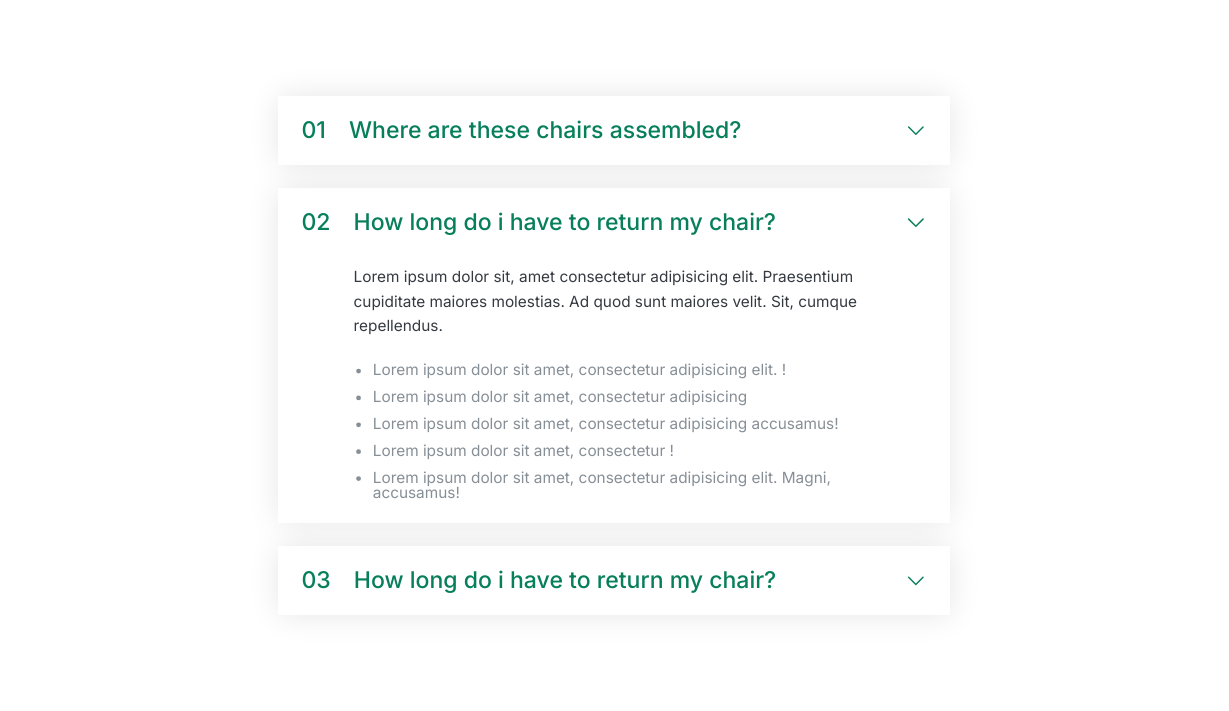
Repository: sunny070/CSS
Page: HTML and CSS some of the important components/index.html
An editor plug-in stored every save of this project. The page is shown before and after the next save, followed by the edit.
The browser window is 1280 px wide. The pictures show the whole page, at 96% of full size.

Above is the page before, as saved 2023-11-13 15:31:05.

### HTML and CSS some of the important components/index.html
<!DOCTYPE html>
<html lang="en">
  <head>
    <meta charset="UTF-8" />
    <meta name="viewport" content="width=device-width, initial-scale=1.0" />
    <title>Accordion Components</title>
    <link
      href="https://fonts.googleapis.com/css2?family=Inter:wght@400;500;700&display=swap"
      rel="stylesheet"
    />
    <style>
      /*
    SPACING SYSTEM (px)
    2 / 4 / 8 / 12 / 16 / 24 / 32 / 48 / 64 / 80 / 96 / 128

    FONT SIZE SYSTEM (px)
    10 / 12 / 14 / 16 / 18 / 20 / 24 / 30 / 36 / 44 / 52 / 62 / 74 / 86 / 98
    */

      /*
    MAIN COLOR: #087f5b
    GREY COLOR: #343a40
    */

      * {
        margin: 0;
        padding: 0;
        box-sizing: border-box;
      }

      /* ------------------------ */
      /* GENERAL STYLES */
      /* ------------------------ */
      body {
        font-family: "Inter", sans-serif;
        color: #343a40;
        line-height:1;
      }
      .accordion
      {
        width:700px;
        margin: 100px auto;
        display: flex;
        flex-direction: column;
        gap: 24px;

      }
      .item{
        box-shadow: 0 0 32px rgba(0,0,0,0.1);
        padding: 24px;
        display: grid;
        grid-template-columns: auto 1fr auto;
        column-gap:24px;
        row-gap: 32px;
        align-items:center;
      }
      .number ,.text{
        font-size: 24px;
        font-weight: 500;
        color:#087f5b;
      }

      .icon{
        width: 24px;
        height: 24px;
        stroke: #087f5b;
      }
      .hidden-box{
        grid-column: 2;
      }
      .hidden-box p{
        line-height: 1.6;
        margin-bottom: 24px;
      }
      .hidden-box ul{
        color:#868e96;
        margin-left: 20px;
        display:flex;
        flex-direction: column;
        gap: 12px;

      }
      /* .hidden-box li{
        margin-bottom: 12px;
      } */
    </style>
  </head>
  <body>
    <div class="accordion">
      <div class="item">
      <p class="number"> 01</p>
      <p class="text">Where are these chairs assembled?</p>
      <svg class="icon" xmlns="http://www.w3.org/2000/svg" fill="none" viewBox="0 0 24 24" stroke-width="1.5" stroke="currentColor" class="w-6 h-6">
        <path stroke-linecap="round" stroke-linejoin="round" d="M19.5 8.25l-7.5 7.5-7.5-7.5" />
      </svg>
      <!-- <div class="hidden-box">
        <p>Lorem ipsum dolor sit, amet consectetur adipisicing elit. Praesentium cupiditate maiores molestias. Ad quod sunt maiores velit. Sit, cumque repellendus.</p>
        <ul>
          <li>Lorem ipsum dolor sit amet, consectetur adipisicing elit. !</li>
          <li>Lorem ipsum dolor sit amet, consectetur adipisicing</li>
          <li>Lorem ipsum dolor sit amet, consectetur adipisicing  accusamus!</li>
          <li>Lorem ipsum dolor sit amet, consectetur !</li>
          <li>Lorem ipsum dolor sit amet, consectetur adipisicing elit. Magni, accusamus!</li>

        </ul>
      </div> -->
      </div>


  <div class="item">
  <p class="number"> 02</p>
  <p class="text">How long do i have to return my chair?</p>
  <svg class="icon" xmlns="http://www.w3.org/2000/svg" fill="none" viewBox="0 0 24 24" stroke-width="1.5" stroke="currentColor" class="w-6 h-6">
    <path stroke-linecap="round" stroke-linejoin="round" d="M19.5 8.25l-7.5 7.5-7.5-7.5" />
  </svg>
  <div class="hidden-box">
    <p>Lorem ipsum dolor sit, amet consectetur adipisicing elit. Praesentium cupiditate maiores molestias. Ad quod sunt maiores velit. Sit, cumque repellendus.</p>
    <ul>
      <li>Lorem ipsum dolor sit amet, consectetur adipisicing elit. !</li>
      <li>Lorem ipsum dolor sit amet, consectetur adipisicing</li>
      <li>Lorem ipsum dolor sit amet, consectetur adipisicing  accusamus!</li>
      <li>Lorem ipsum dolor sit amet, consectetur !</li>
      <li>Lorem ipsum dolor sit amet, consectetur adipisicing elit. Magni, accusamus!</li>

    </ul>
  </div>
  </div>


  <div class="item">
  <p class="number"> 03</p>
  <p class="text">How long do i have to return my chair?</p>
  <svg class="icon" xmlns="http://www.w3.org/2000/svg" fill="none" viewBox="0 0 24 24" stroke-width="1.5" stroke="currentColor" class="w-6 h-6">
    <path stroke-linecap="round" stroke-linejoin="round" d="M19.5 8.25l-7.5 7.5-7.5-7.5" />
  </svg>
  <!-- <div class="hidden-box">
    <p>Lorem ipsum dolor sit, amet consectetur adipisicing elit. Praesentium cupiditate maiores molestias. Ad quod sunt maiores velit. Sit, cumque repellendus.</p>
    <ul>
      <li>Lorem ipsum dolor sit amet, consectetur adipisicing elit. !</li>
      <li>Lorem ipsum dolor sit amet, consectetur adipisicing</li>
      <li>Lorem ipsum dolor sit amet, consectetur adipisicing  accusamus!</li>
      <li>Lorem ipsum dolor sit amet, consectetur !</li>
      <li>Lorem ipsum dolor sit amet, consectetur adipisicing elit. Magni, accusamus!</li>

    </ul>
  </div> -->
  </div>

</div>

  </body>
</html>

After the next save:
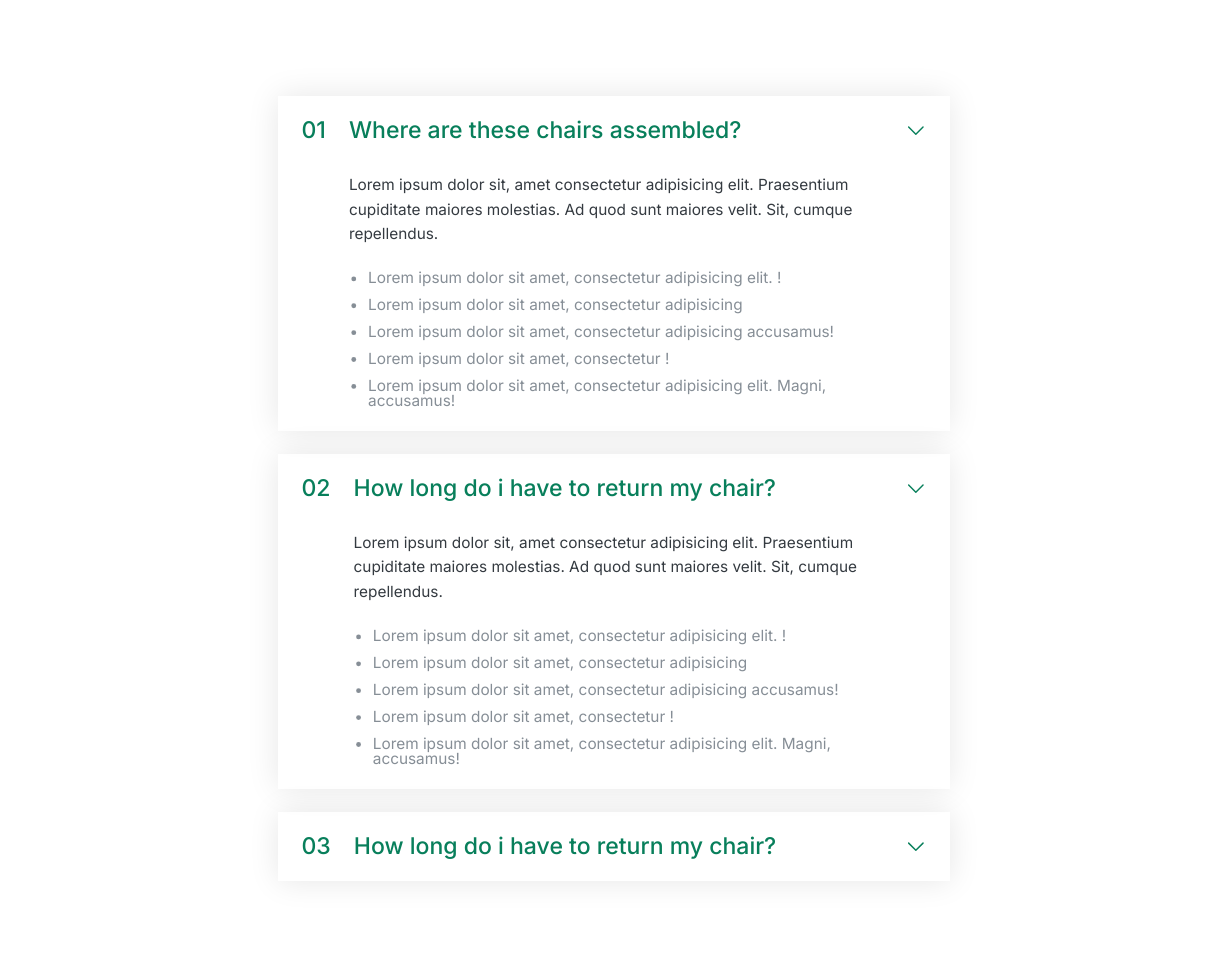
Saved 83 s later.
--- a/HTML and CSS some of the important components/index.html
+++ b/HTML and CSS some of the important components/index.html
@@ -93,7 +93,7 @@
       <svg class="icon" xmlns="http://www.w3.org/2000/svg" fill="none" viewBox="0 0 24 24" stroke-width="1.5" stroke="currentColor" class="w-6 h-6">
         <path stroke-linecap="round" stroke-linejoin="round" d="M19.5 8.25l-7.5 7.5-7.5-7.5" />
       </svg>
-      <!-- <div class="hidden-box">
+      <div class="hidden-box">
         <p>Lorem ipsum dolor sit, amet consectetur adipisicing elit. Praesentium cupiditate maiores molestias. Ad quod sunt maiores velit. Sit, cumque repellendus.</p>
         <ul>
           <li>Lorem ipsum dolor sit amet, consectetur adipisicing elit. !</li>
@@ -103,7 +103,7 @@
           <li>Lorem ipsum dolor sit amet, consectetur adipisicing elit. Magni, accusamus!</li>
 
         </ul>
-      </div> -->
+      </div>
       </div>
 
 
